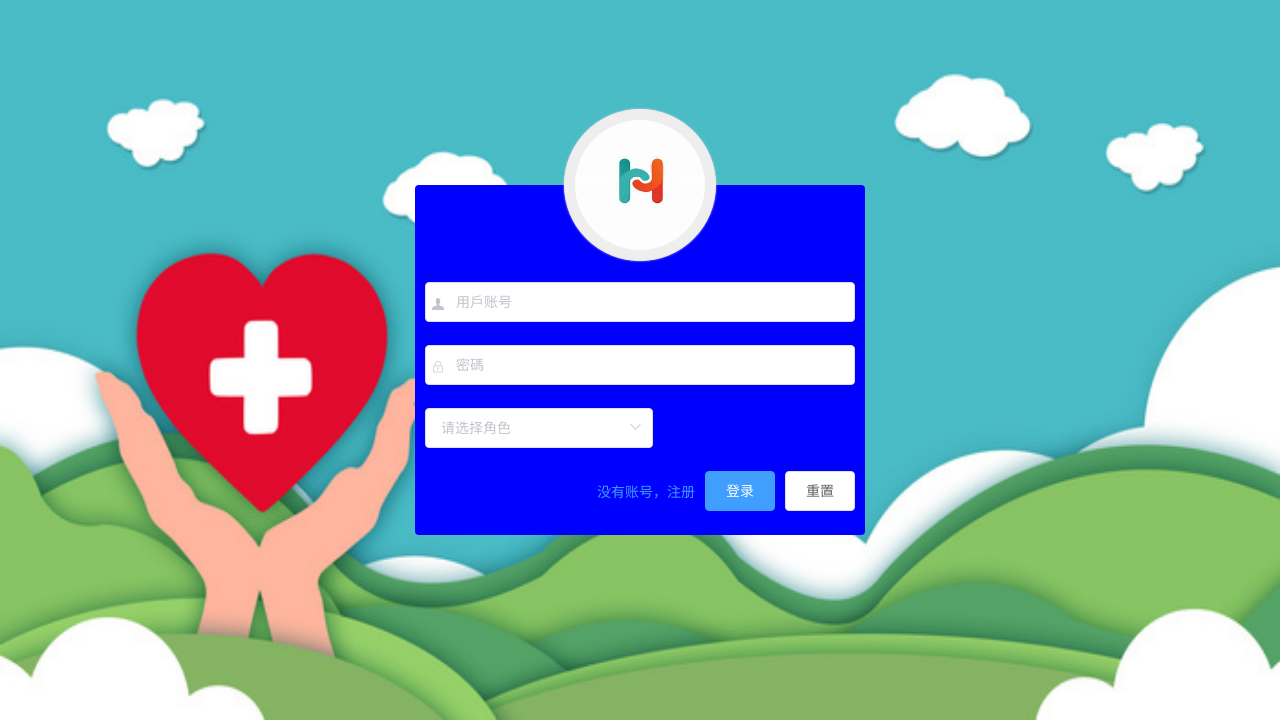
Repository: hyyBubbly/community-web-vue
Page: / (app in community/)
An editor plug-in stored every save of this project. The page is shown before and after the next save, followed by the edit.
The browser window is 1280 px wide. The pictures show the whole page.
The page's requests for data from a server got no answer. The project was rebuilt for these pictures with package versions that can differ from the ones it lists, and the page was loaded fresh each time. No one was signed in, and anything a server would have sent is missing. Also part of the build but not shown: community/vue.config.js, community/src/components/Home.vue, community/src/components/Welcome.vue, community/src/components/User/UserList.vue, community/src/components/admin/WorkerList.vue, community/src/components/community/CommunityList.vue, community/src/components/healthfiles/HealthyData.vue, community/src/components/healthfiles/Healthiness.vue and 14 more.

Above is the page before, as saved 2024-01-28 13:34:07.

After the next save:
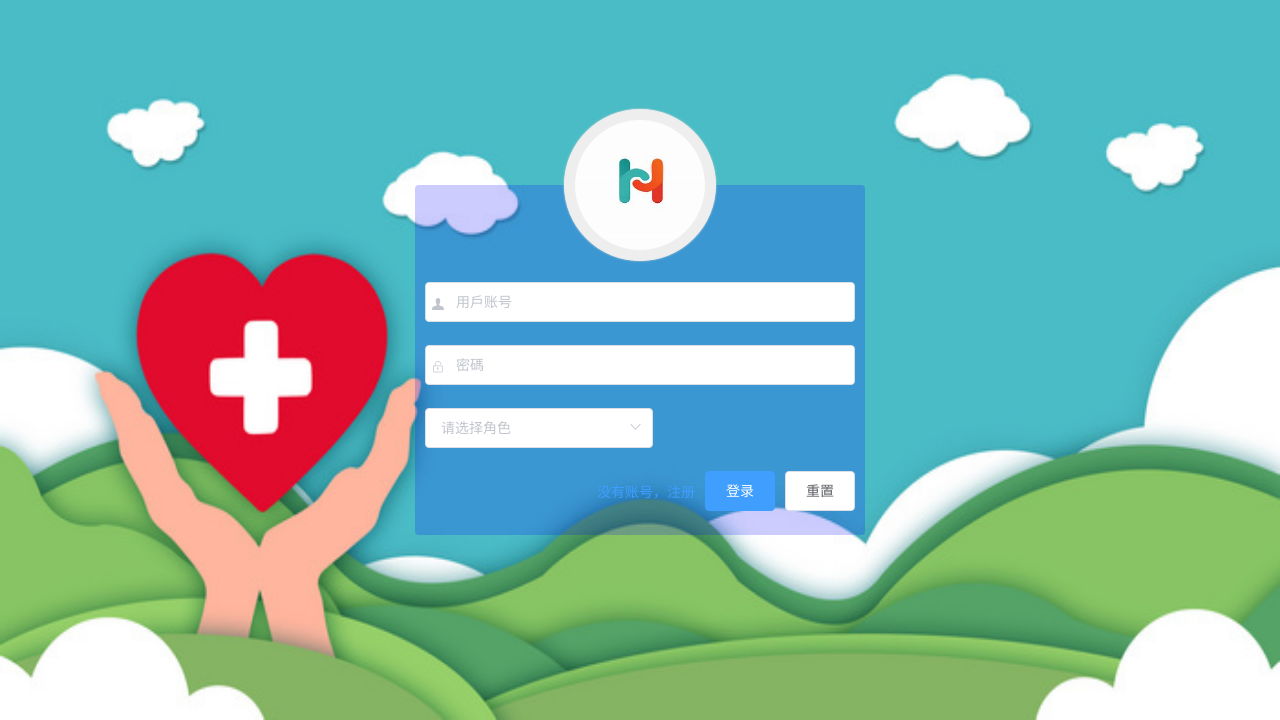
Saved 19 s later.
--- a/community/src/components/Login.vue
+++ b/community/src/components/Login.vue
@@ -238,7 +238,7 @@
   width: 450px;
   height: 350px;
 //   background-color: #fff;
-  background-color:rgba(0, 0, 255, 1);
+  background-color:rgba(0, 0, 255, 0.2);
   border-radius: 4px;
   position: absolute;
   left: 50%;
